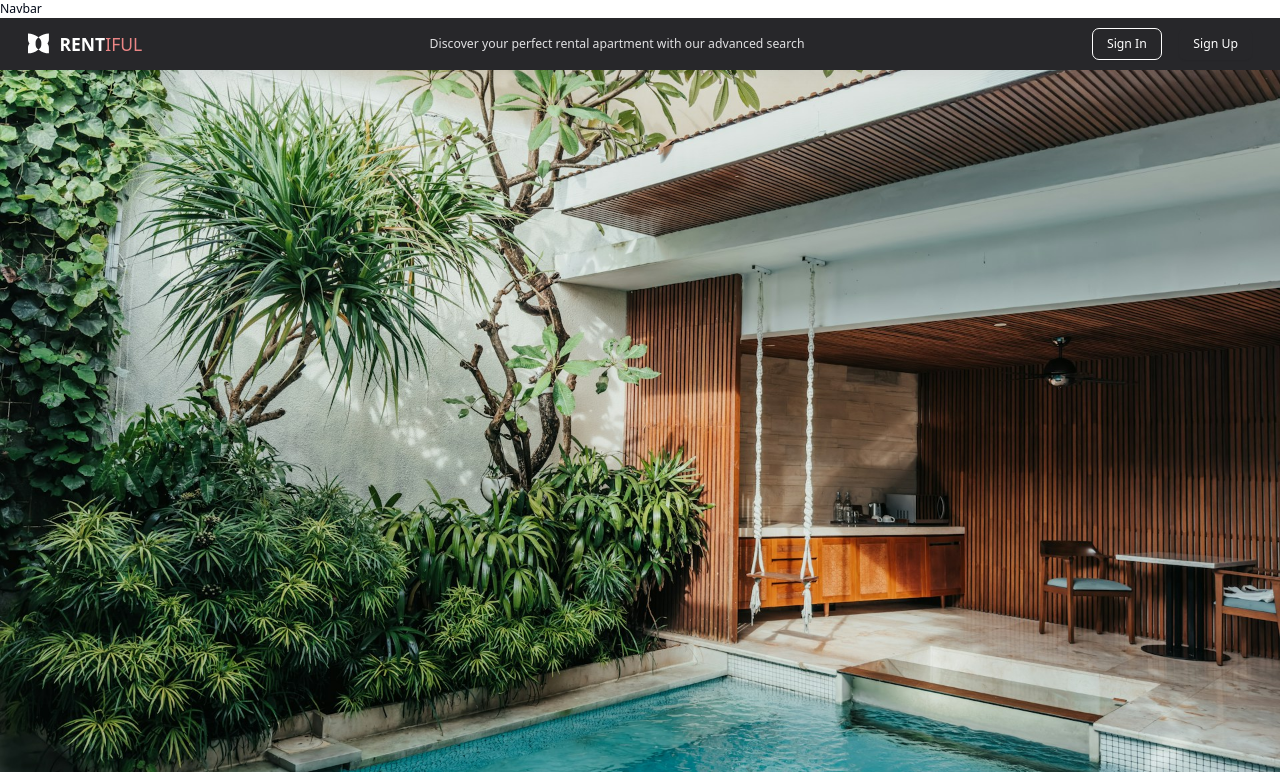
Repository: richiectr360/real-estate-prod
Page: /landing (app in client/)
An editor plug-in stored every save of this project. The page is shown before and after the next save, followed by the edit.
The browser window is 1280 px wide. The pictures show the whole page.
The page's requests for data from a server got no answer. The project was rebuilt for these pictures with package versions that can differ from the ones it lists, and the page was loaded fresh each time. The framework's server and built-in components were replaced by stand-ins that run in the browser. No one was signed in, and anything a server would have sent is missing. Also part of the build but not shown: client/next.config.ts.

Above is the page before, as saved 2025-05-21 21:00:21.

### client/src/app/layout.tsx
import type { Metadata } from "next";
import { Geist, Geist_Mono } from "next/font/google";
import "./globals.css";
import Providers from "./providers";
import { Toaster } from "@/components/ui/sonner";

const geistSans = Geist({
  variable: "--font-geist-sans",
  subsets: ["latin"],
});

const geistMono = Geist_Mono({
  variable: "--font-geist-mono",
  subsets: ["latin"],
});

export const metadata: Metadata = {
  title: "Create Next App",
  description: "Generated by create next app",
};

export default function RootLayout({
  children,
}: Readonly<{
  children: React.ReactNode;
}>) {
  return (
    <html lang="en">
      <body
        className={`${geistSans.variable} ${geistMono.variable} antialiased`}
      >
        <Providers>{children}</Providers>
      </body>
    </html>
  );
}

### client/src/app/(nondashboard)/layout.tsx
// "use client";

// import Navbar from "@/components/Navbar";
// import { NAVBAR_HEIGHT } from "@/lib/constants";
// import { useGetAuthUserQuery } from "@/state/api";
// import { usePathname, useRouter } from "next/navigation";
// import React, { useEffect, useState } from "react";

// const Layout = ({ children }: { children: React.ReactNode }) => {
//   const { data: authUser, isLoading: authLoading } = useGetAuthUserQuery();
//   const router = useRouter();
//   const pathname = usePathname();
//   const [isLoading, setIsLoading] = useState(true);

//   useEffect(() => {
//     if (authUser) {
//       const userRole = authUser.userRole?.toLowerCase();
//       if (
//         (userRole === "manager" && pathname.startsWith("/search")) ||
//         (userRole === "manager" && pathname === "/")
//       ) {
//         router.push("/managers/properties", { scroll: false });
//       } else {
//         setIsLoading(false);
//       }
//     }
//   }, [authUser, router, pathname]);

//   if (authLoading || isLoading) return <>Loading...</>;

//   return (
//     <div className="h-full w-full">
//       <Navbar />
//       <main
//         className={`h-full flex w-full flex-col`}
//         style={{ paddingTop: `${NAVBAR_HEIGHT}px` }}
//       >
//         {children}
//       </main>
//     </div>
//   );
// };

// export default Layout;

////////////
"use client";

import Navbar from "@/components/Navbar";
import { NAVBAR_HEIGHT } from "@/lib/constants";
import React from 'react';

const Layout = ({ children }: { children: React.ReactNode }) => {
    return (
    <div className="h-full w-full">
        <Navbar />
        <main className={`h-full flex w-full flex-col`}
            style={{ paddingTop: `${NAVBAR_HEIGHT}px`}}
        >
            {children}
        </main>
    </div>
    );
}

export default Layout;

### client/src/app/(nondashboard)/landing/page.tsx
// import React from "react";
// import HeroSection from "./HeroSection";
// import FeaturesSection from "./FeaturesSection";
// import DiscoverSection from "./DiscoverSection";
// import CallToActionSection from "./CallToActionSection";
// import FooterSection from "./FooterSection";

// const Landing = () => {
//   return (
//     <div>
//       <HeroSection />
//       <FeaturesSection />
//       <DiscoverSection />
//       <CallToActionSection />
//       <FooterSection />
//     </div>
//   );
// };

// export default Landing;


import React from "react";
import HeroSection from "./HeroSection";

const Landing = () => {
  return (
    <div>
      <HeroSection />
    </div>
  );
};

export default Landing;

### client/src/app/providers.tsx
// "use client";

// import StoreProvider from "@/state/redux";
// import { Authenticator } from "@aws-amplify/ui-react";
// import Auth from "./(auth)/authProvider";

// const Providers = ({ children }: { children: React.ReactNode }) => {
//   return (
//     <StoreProvider>
//       <Authenticator.Provider>
//         <Auth>{children}</Auth>
//       </Authenticator.Provider>
//     </StoreProvider>
//   );
// };

// export default Providers;

"use client";

import StoreProvider from "@/state/redux";

const Providers = ({ children }: { children: React.ReactNode }) =>  {
    return (
        <StoreProvider>
            {children}
        </StoreProvider>
    )
}


export default Providers;

### client/src/components/Navbar.tsx
// "use client";

// import { NAVBAR_HEIGHT } from "@/lib/constants";
// import Image from "next/image";
// import Link from "next/link";
// import React from "react";
// import { Button } from "./ui/button";
// import { useGetAuthUserQuery } from "@/state/api";
// import { usePathname, useRouter } from "next/navigation";
// import { signOut } from "aws-amplify/auth";
// import { Bell, MessageCircle, Plus, Search } from "lucide-react";
// import {
//   DropdownMenu,
//   DropdownMenuContent,
//   DropdownMenuItem,
//   DropdownMenuSeparator,
//   DropdownMenuTrigger,
// } from "./ui/dropdown-menu";
// import { Avatar, AvatarFallback, AvatarImage } from "./ui/avatar";
// import { SidebarTrigger } from "./ui/sidebar";

// const Navbar = () => {
//   const { data: authUser } = useGetAuthUserQuery();
//   const router = useRouter();
//   const pathname = usePathname();

//   const isDashboardPage =
//     pathname.includes("/managers") || pathname.includes("/tenants");

//   const handleSignOut = async () => {
//     await signOut();
//     window.location.href = "/";
//   };

//   return (
//     <div
//       className="fixed top-0 left-0 w-full z-50 shadow-xl"
//       style={{ height: `${NAVBAR_HEIGHT}px` }}
//     >
//       <div className="flex justify-between items-center w-full py-3 px-8 bg-primary-700 text-white">
//         <div className="flex items-center gap-4 md:gap-6">
//           {isDashboardPage && (
//             <div className="md:hidden">
//               <SidebarTrigger />
//             </div>
//           )}
//           <Link
//             href="/"
//             className="cursor-pointer hover:!text-primary-300"
//             scroll={false}
//           >
//             <div className="flex items-center gap-3">
//               <Image
//                 src="/logo.svg"
//                 alt="Rentiful Logo"
//                 width={24}
//                 height={24}
//                 className="w-6 h-6"
//               />
//               <div className="text-xl font-bold">
//                 RENT
//                 <span className="text-secondary-500 font-light hover:!text-primary-300">
//                   IFUL
//                 </span>
//               </div>
//             </div>
//           </Link>
//           {isDashboardPage && authUser && (
//             <Button
//               variant="secondary"
//               className="md:ml-4 bg-primary-50 text-primary-700 hover:bg-secondary-500 hover:text-primary-50"
//               onClick={() =>
//                 router.push(
//                   authUser.userRole?.toLowerCase() === "manager"
//                     ? "/managers/newproperty"
//                     : "/search"
//                 )
//               }
//             >
//               {authUser.userRole?.toLowerCase() === "manager" ? (
//                 <>
//                   <Plus className="h-4 w-4" />
//                   <span className="hidden md:block ml-2">Add New Property</span>
//                 </>
//               ) : (
//                 <>
//                   <Search className="h-4 w-4" />
//                   <span className="hidden md:block ml-2">
//                     Search Properties
//                   </span>
//                 </>
//               )}
//             </Button>
//           )}
//         </div>
//         {!isDashboardPage && (
//           <p className="text-primary-200 hidden md:block">
//             Discover your perfect rental apartment with our advanced search
//           </p>
//         )}
//         <div className="flex items-center gap-5">
//           {authUser ? (
//             <>
//               <div className="relative hidden md:block">
//                 <MessageCircle className="w-6 h-6 cursor-pointer text-primary-200 hover:text-primary-400" />
//                 <span className="absolute top-0 right-0 w-2 h-2 bg-secondary-700 rounded-full"></span>
//               </div>
//               <div className="relative hidden md:block">
//                 <Bell className="w-6 h-6 cursor-pointer text-primary-200 hover:text-primary-400" />
//                 <span className="absolute top-0 right-0 w-2 h-2 bg-secondary-700 rounded-full"></span>
//               </div>

//               <DropdownMenu>
//                 <DropdownMenuTrigger className="flex items-center gap-2 focus:outline-none">
//                   <Avatar>
//                     <AvatarImage src={authUser.userInfo?.image} />
//                     <AvatarFallback className="bg-primary-600">
//                       {authUser.userRole?.[0].toUpperCase()}
//                     </AvatarFallback>
//                   </Avatar>
//                   <p className="text-primary-200 hidden md:block">
//                     {authUser.userInfo?.name}
//                   </p>
//                 </DropdownMenuTrigger>
//                 <DropdownMenuContent className="bg-white text-primary-700">
//                   <DropdownMenuItem
//                     className="cursor-pointer hover:!bg-primary-700 hover:!text-primary-100 font-bold"
//                     onClick={() =>
//                       router.push(
//                         authUser.userRole?.toLowerCase() === "manager"
//                           ? "/managers/properties"
//                           : "/tenants/favorites",
//                         { scroll: false }
//                       )
//                     }
//                   >
//                     Go to Dashboard
//                   </DropdownMenuItem>
//                   <DropdownMenuSeparator className="bg-primary-200" />
//                   <DropdownMenuItem
//                     className="cursor-pointer hover:!bg-primary-700 hover:!text-primary-100"
//                     onClick={() =>
//                       router.push(
//                         `/${authUser.userRole?.toLowerCase()}s/settings`,
//                         { scroll: false }
//                       )
//                     }
//                   >
//                     Settings
//                   </DropdownMenuItem>
//                   <DropdownMenuItem
//                     className="cursor-pointer hover:!bg-primary-700 hover:!text-primary-100"
//                     onClick={handleSignOut}
//                   >
//                     Sign out
//                   </DropdownMenuItem>
//                 </DropdownMenuContent>
//               </DropdownMenu>
//             </>
//           ) : (
//             <>
//               <Link href="/signin">
//                 <Button
//                   variant="outline"
//                   className="text-white border-white bg-transparent hover:bg-white hover:text-primary-700 rounded-lg"
//                 >
//                   Sign In
//                 </Button>
//               </Link>
//               <Link href="/signup">
//                 <Button
//                   variant="secondary"
//                   className="text-white bg-secondary-600 hover:bg-white hover:text-primary-700 rounded-lg"
//                 >
//                   Sign Up
//                 </Button>
//               </Link>
//             </>
//           )}
//         </div>
//       </div>
//     </div>
//   );
// };

// export default Navbar;

import { NAVBAR_HEIGHT } from '@/lib/constants'
import Image from 'next/image'
import Link from 'next/link'
import React from 'react'
import { Button } from './ui/button'

const Navbar = () => {
  return (
    <div className='fixed top-0 left-0 w-full z-50 shadow-xl'
    style={{ height: `${NAVBAR_HEIGHT}px` }}
    >Navbar
      <div className='flex justify-between items-center w-full py-3 px-8 bg-primary-700 text-white'>
        <div className='flex items-center gap-4 md:gap-6'>
          <Link href='/'
          className='cursor-pointer hover:!text-primary-300'
          scroll={false}>
            <div className='flex items-center gap-3'>
              <Image
                src='/logo.svg'
                alt='Rentiful Logo'
                width={24}
                height={24}
                className='w-6 h-6'
              />
              <div className='text-xl font-bold'>
                RENT
                <span className='text-secondary-500 font-light hover:!text-primary-300'>
                  IFUL
                </span>
              </div>
            </div>
          </Link>
        </div>
          <p className='text-primary-200 hidden md:block'>
            Discover your perfect rental apartment with our advanced search
          </p>
          <div className='flex items-center gap-5'>
            <Link href='/signin'>
              <Button
                variant='outline'
                className='text-white border-white bg-transparent hover:bg-white hover:text-primary-700 rounded-lg'
              >
                Sign In
              </Button>
            </Link>
            <Link href='/signup'>
              <Button
                variant='secondary'
                className='text-white border-white bg-transparent hover:bg-white hover:text-primary-700 rounded-lg'
              >
                Sign Up
              </Button>
            </Link>
          </div>
      </div>
    </div>
  )
}

export default Navbar

### client/src/app/(nondashboard)/landing/HeroSection.tsx
// "use client";

// import Image from "next/image";
// import React, { useState } from "react";
// import { motion } from "framer-motion";
// import { Input } from "@/components/ui/input";
// import { Button } from "@/components/ui/button";
// import { useDispatch } from "react-redux";
// import { useRouter } from "next/navigation";
// import { setFilters } from "@/state";

// const HeroSection = () => {
//   const dispatch = useDispatch();
//   const [searchQuery, setSearchQuery] = useState("");
//   const router = useRouter();

//   const handleLocationSearch = async () => {
//     try {
//       const trimmedQuery = searchQuery.trim();
//       if (!trimmedQuery) return;

//       const response = await fetch(
//         `https://api.mapbox.com/geocoding/v5/mapbox.places/${encodeURIComponent(
//           trimmedQuery
//         )}.json?access_token=${
//           process.env.NEXT_PUBLIC_MAPBOX_ACCESS_TOKEN
//         }&fuzzyMatch=true`
//       );
//       const data = await response.json();
//       if (data.features && data.features.length > 0) {
//         const [lng, lat] = data.features[0].center;
//         dispatch(
//           setFilters({
//             location: trimmedQuery,
//             coordinates: [lat, lng],
//           })
//         );
//         const params = new URLSearchParams({
//           location: trimmedQuery,
//           lat: lat.toString(),
//           lng: lng,
//         });
//         router.push(`/search?${params.toString()}`);
//       }
//     } catch (error) {
//       console.error("error search location:", error);
//     }
//   };

//   return (
//     <div className="relative h-screen">
//       <Image
//         src="/landing-splash.jpg"
//         alt="Rentiful Rental Platform Hero Section"
//         fill
//         className="object-cover object-center"
//         priority
//       />
//       <div className="absolute inset-0 bg-black bg-opacity-60"></div>
//       <motion.div
//         initial={{ opacity: 0, y: 20 }}
//         animate={{ opacity: 1, y: 0 }}
//         transition={{ duration: 0.8 }}
//         className="absolute top-1/3 transform -translate-x-1/2 -translate-y-1/2 text-center w-full"
//       >
//         <div className="max-w-4xl mx-auto px-16 sm:px-12">
//           <h1 className="text-5xl font-bold text-white mb-4">
//             Start your journey to finding the perfect place to call home
//           </h1>
//           <p className="text-xl text-white mb-8">
//             Explore our wide range of rental properties tailored to fit your
//             lifestyle and needs!
//           </p>

//           <div className="flex justify-center">
//             <Input
//               type="text"
//               value={searchQuery}
//               onChange={(e) => setSearchQuery(e.target.value)}
//               placeholder="Search by city, neighborhood or address"
//               className="w-full max-w-lg rounded-none rounded-l-xl border-none bg-white h-12"
//             />
//             <Button
//               onClick={handleLocationSearch}
//               className="bg-secondary-500 text-white rounded-none rounded-r-xl border-none hover:bg-secondary-600 h-12"
//             >
//               Search
//             </Button>
//           </div>
//         </div>
//       </motion.div>
//     </div>
//   );
// };

// export default HeroSection;

import Image from 'next/image'
import React from 'react'

const HeroSection = () => {
  return (
    <div className='relative h-screen'>
        <Image
        src='/landing-splash.jpg'
        alt='Rentiful Rental Platform Hero Section'
        fill
        className='object-cover object-center'
        priority
        />
    </div>
  )
}

export default HeroSection

### client/src/state/redux.tsx
"use client";

import { useRef } from "react";
import { TypedUseSelectorHook, useDispatch, useSelector } from "react-redux";
import { combineReducers, configureStore } from "@reduxjs/toolkit";
import { Provider } from "react-redux";
import { setupListeners } from "@reduxjs/toolkit/query";
import globalReducer from "@/state";
import { api } from "@/state/api";

/* REDUX STORE */
const rootReducer = combineReducers({
  global: globalReducer,
  [api.reducerPath]: api.reducer,
});

export const makeStore = () => {
  return configureStore({
    reducer: rootReducer,
    middleware: (getDefaultMiddleware) =>
      getDefaultMiddleware().concat(api.middleware),
  });
};

/* REDUX TYPES */
export type AppStore = ReturnType<typeof makeStore>;
export type RootState = ReturnType<AppStore["getState"]>;
export type AppDispatch = AppStore["dispatch"];
export const useAppDispatch = () => useDispatch<AppDispatch>();
export const useAppSelector: TypedUseSelectorHook<RootState> = useSelector;

/* PROVIDER */
export default function StoreProvider({
  children,
}: {
  children: React.ReactNode;
}) {
  const storeRef = useRef<AppStore | null>(null);
  if (!storeRef.current) {
    storeRef.current = makeStore();
    setupListeners(storeRef.current.dispatch);
  }
  return <Provider store={storeRef.current}>{children}</Provider>;
}

### client/src/components/ui/button.tsx
import * as React from "react"
import { Slot } from "@radix-ui/react-slot"
import { cva, type VariantProps } from "class-variance-authority"

import { cn } from "@/lib/utils"

const buttonVariants = cva(
  "inline-flex items-center justify-center gap-2 whitespace-nowrap rounded-md text-sm font-medium transition-colors focus-visible:outline-none focus-visible:ring-1 focus-visible:ring-ring disabled:pointer-events-none disabled:opacity-50 [&_svg]:pointer-events-none [&_svg]:size-4 [&_svg]:shrink-0",
  {
    variants: {
      variant: {
        default:
          "bg-primary text-primary-foreground shadow hover:bg-primary/90",
        destructive:
          "bg-destructive text-destructive-foreground shadow-sm hover:bg-destructive/90",
        outline:
          "border border-input bg-background shadow-sm hover:bg-accent hover:text-accent-foreground",
        secondary:
          "bg-secondary text-secondary-foreground shadow-sm hover:bg-secondary/80",
        ghost: "hover:bg-accent hover:text-accent-foreground",
        link: "text-primary underline-offset-4 hover:underline",
      },
      size: {
        default: "h-9 px-4 py-2",
        sm: "h-8 rounded-md px-3 text-xs",
        lg: "h-10 rounded-md px-8",
        icon: "h-9 w-9",
      },
    },
    defaultVariants: {
      variant: "default",
      size: "default",
    },
  }
)

export interface ButtonProps
  extends React.ButtonHTMLAttributes<HTMLButtonElement>,
    VariantProps<typeof buttonVariants> {
  asChild?: boolean
}

const Button = React.forwardRef<HTMLButtonElement, ButtonProps>(
  ({ className, variant, size, asChild = false, ...props }, ref) => {
    const Comp = asChild ? Slot : "button"
    return (
      <Comp
        className={cn(buttonVariants({ variant, size, className }))}
        ref={ref}
        {...props}
      />
    )
  }
)
Button.displayName = "Button"

export { Button, buttonVariants }

Loaded but not shown: client/src/app/globals.css (common file); client/src/lib/constants.ts (common file); client/src/state/index.ts (common file); client/src/lib/utils.ts (common file); client/tailwind.config.ts (common file); client/src/state/api.ts (376 lines, source omitted)

After the next save:
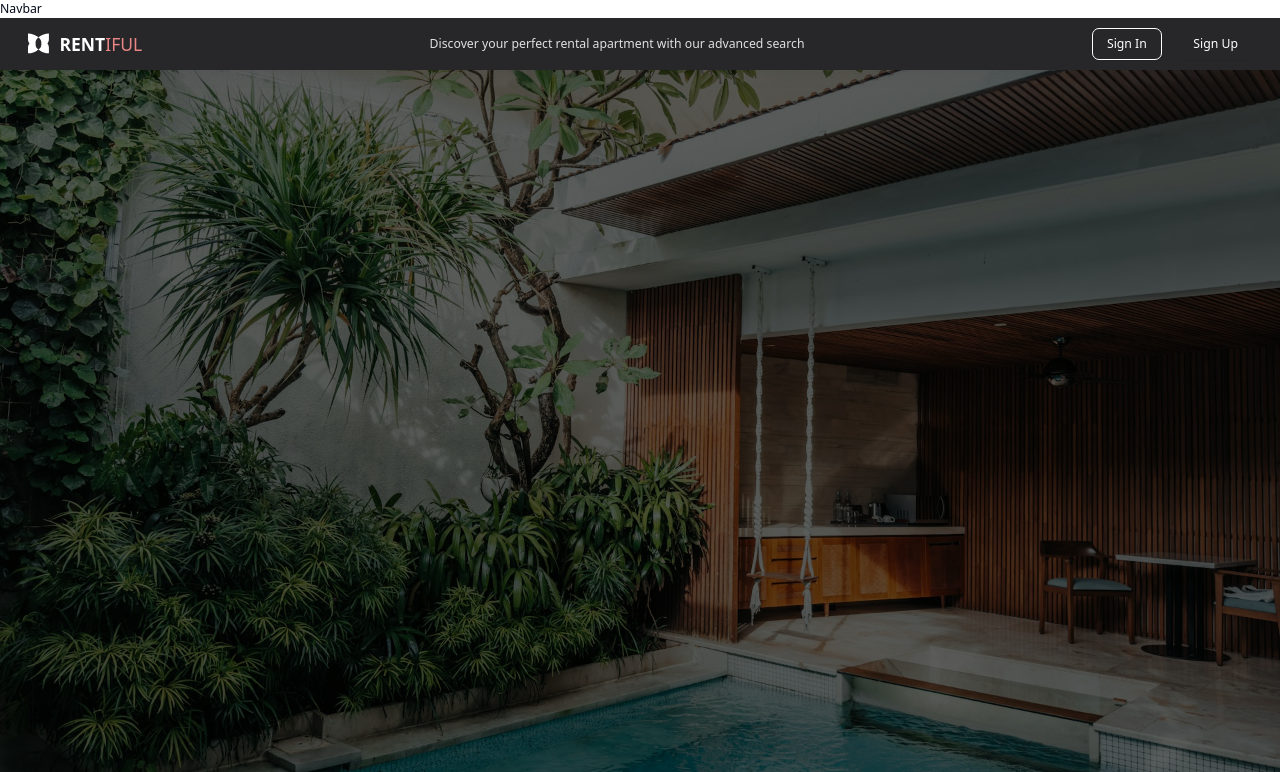
Saved 94 s later.
--- a/client/src/app/(nondashboard)/landing/HeroSection.tsx
+++ b/client/src/app/(nondashboard)/landing/HeroSection.tsx
@@ -97,6 +97,7 @@
 
 import Image from 'next/image'
 import React from 'react'
+import { motion } from 'framer-motion'
 
 const HeroSection = () => {
   return (
@@ -108,6 +109,11 @@ const HeroSection = () => {
         className='object-cover object-center'
         priority
         />
+        <div className='absolute inset-0 bg-black bg-opacity-60'>
+            <motion.div>
+
+            </motion.div>
+        </div>
     </div>
   )
 }
